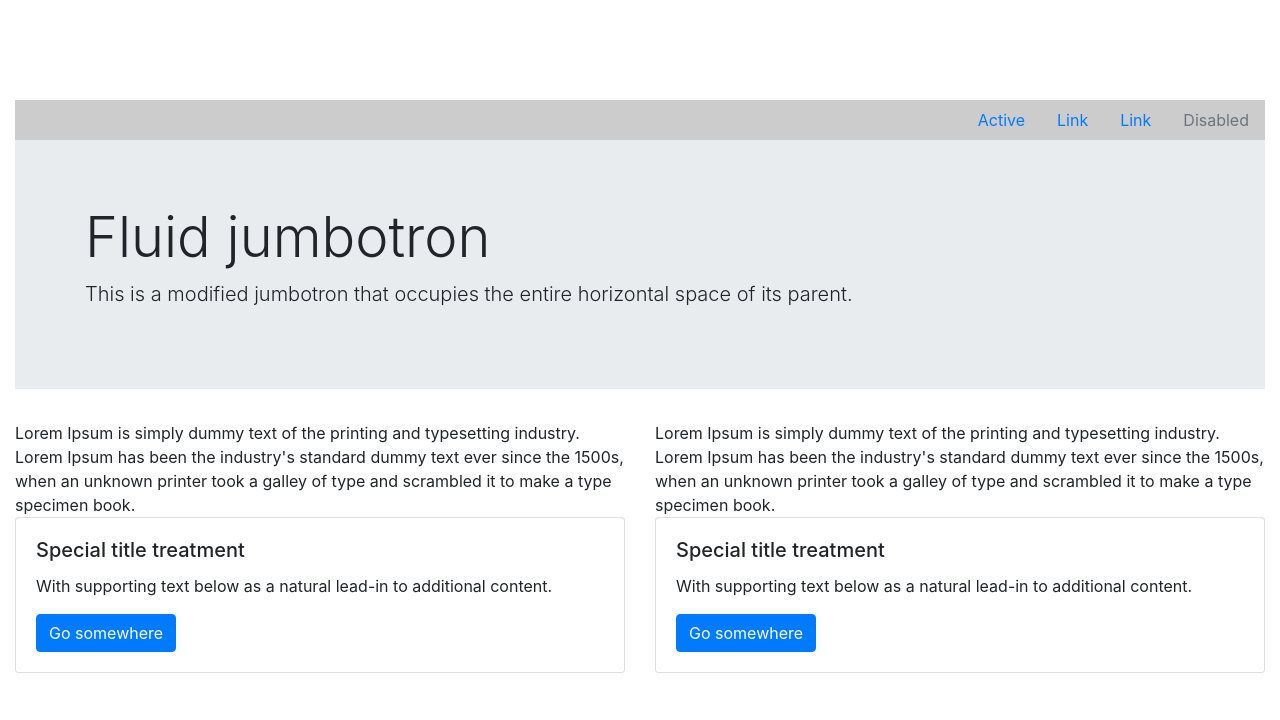
Repository: Green-Technologies-Angular/HTML
Page: index.html
The author's editor kept a copy of each file at every save. The page is drawn from the files as they stood at one save, then again after the next save.
The browser window is 1280 px wide. The pictures show the whole page.

Above is the page before, as saved 2019-01-31 10:14:01.

### index.html
<!DOCTYPE html>
<html>

<head>
    <title>Title of the document</title>
    <link rel="stylesheet" href="css/bootstrap.css">
    <link rel="stylesheet" href="css/index.css">
    <style>
        .border {
            border: 1px solid #ccc;
        }

        .bg-nav {
            background: green;
        }
    </style>
    <script>
        localStorage.setItem("name", "tamilsdfsdfsdfsdfmani");
        console.log(localStorage.getItem('name'));
    </script>
</head>

<body>
    <div class="container-fluid">
        <ul class="nav justify-content-end bg-nav" style="background: #ccc;">
            <li class="nav-item">
                <a class="nav-link active" href="#">Active</a>
            </li>
            <li class="nav-item">
                <a class="nav-link" href="#">Link</a>
            </li>
            <li class="nav-item">
                <a class="nav-link" href="#">Link</a>
            </li>
            <li class="nav-item">
                <a class="nav-link disabled" href="#" tabindex="-1" aria-disabled="true">Disabled</a>
            </li>
        </ul>
        <div class="jumbotron jumbotron-fluid">
            <div class="container">
                <h1 class="display-4">Fluid jumbotron</h1>
                <p class="lead">This is a modified jumbotron that occupies the entire horizontal space of its parent.</p>
            </div>
        </div>
        <div class="row">
            <div class="col-xl-6 col-lg-6 col-md-6 col-sm-6">
                Lorem Ipsum is simply dummy text of the printing and typesetting industry. Lorem Ipsum has been the
                industry's standard dummy text ever since the 1500s, when an unknown printer took a galley of type and
                scrambled it to make a type specimen book.
            </div>
            <div class="col-xl-6 col-lg-6 col-md-6 col-sm-6">
                Lorem Ipsum is simply dummy text of the printing and typesetting industry. Lorem Ipsum has been the
                industry's standard dummy text ever since the 1500s, when an unknown printer took a galley of type and
                scrambled it to make a type specimen book.
            </div>
        </div>
        <div class="row pd-t-2">
            <div class="col-sm-6">
                <div class="card">
                    <div class="card-body">
                        <h5 class="card-title">Special title treatment</h5>
                        <p class="card-text">With supporting text below as a natural lead-in to additional content.</p>
                        <a href="#" class="btn btn-primary">Go somewhere</a>
                    </div>
                </div>
            </div>
            <div class="col-sm-6">
                <div class="card">
                    <div class="card-body">
                        <h5 class="card-title">Special title treatment</h5>
                        <p class="card-text">With supporting text below as a natural lead-in to additional content.</p>
                        <a href="#" class="btn btn-primary">Go somewhere</a>
                    </div>
                </div>
            </div>
        </div>
    </div>
    <script src="script/jquery.js"></script>
    <script src="script/popper.js"></script>
    <script src="script/bootstrap.js"></script>
</body>

</html>

### css/index.css
.bg-nav{
    background: red;
}
@media (min-width: 1200px) {
    .bg-nav{
        background: red;
        margin-top:100px;
    }
 }

Loaded but not shown: css/bootstrap.css (library); script/jquery.js (library); script/popper.js (library); script/bootstrap.js (library)

After the next save:
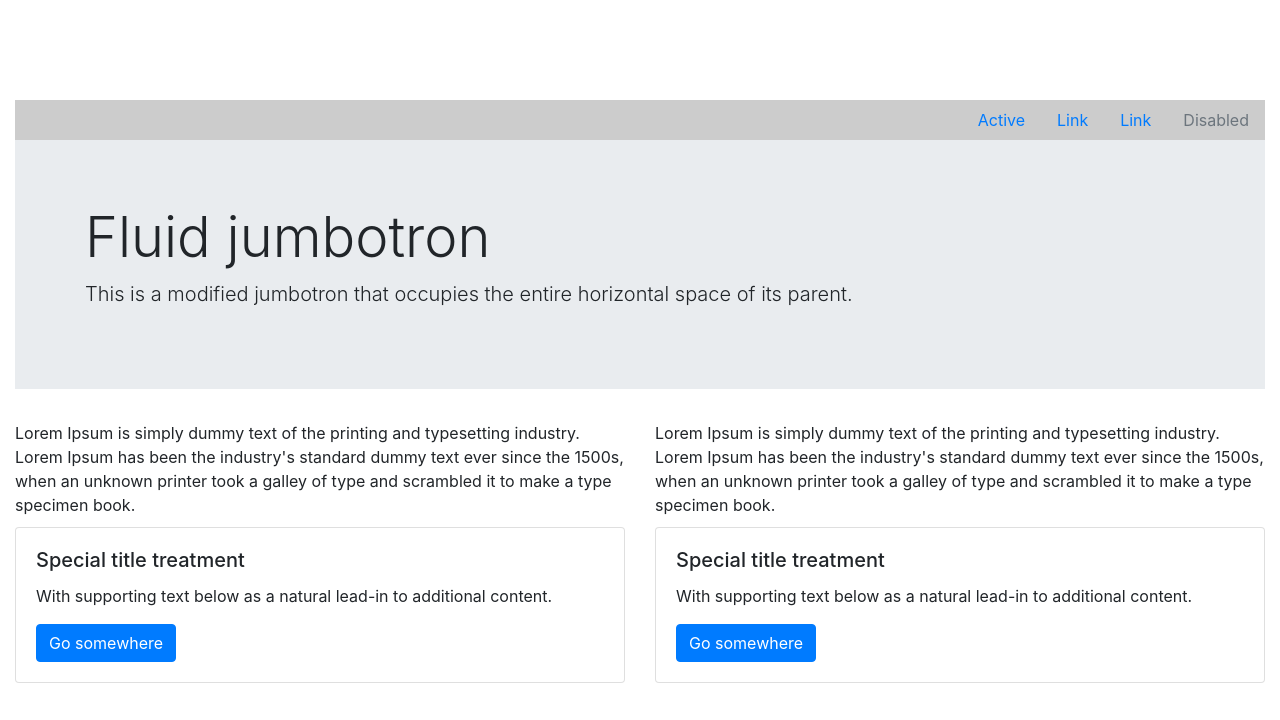
Saved 43 s later.
--- a/index.html
+++ b/index.html
@@ -54,7 +54,7 @@
                 scrambled it to make a type specimen book.
             </div>
         </div>
-        <div class="row pd-t-2">
+        <div class="row" style="padding-top:10px;">
             <div class="col-sm-6">
                 <div class="card">
                     <div class="card-body">
